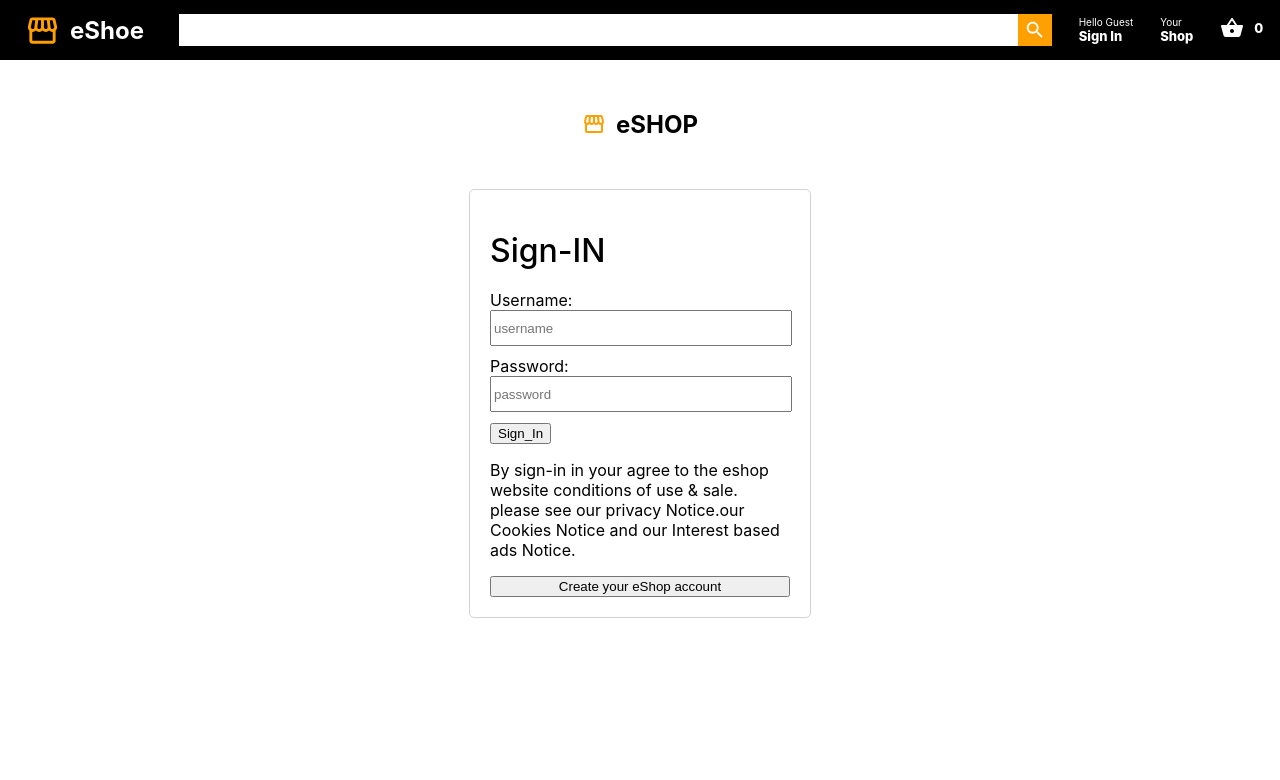
Repository: sandeepreddyvitta/react
Page: /login (app in eshop/)
An editor plug-in stored every save of this project. The page is shown before and after the next save, followed by the edit.
The browser window is 1280 px wide. The pictures show the whole page.
The project was rebuilt for these pictures with package versions that can differ from the ones it lists, and the page was loaded fresh each time. Also part of the build but not shown: eshop/src/components/products/product.scss, eshop/src/components/products/Product.js, eshop/src/components/home/home.scss, eshop/src/components/home/Home.js, eshop/src/components/checkOut/checkout.scss, eshop/src/components/checkOut/checkoutproduct.scss, eshop/src/components/checkOut/CheckOutProduct.js, eshop/src/components/checkOut/subtotal.scss and 2 more.

Above is the page before, as saved 2022-12-07 11:47:55.

After the next save:
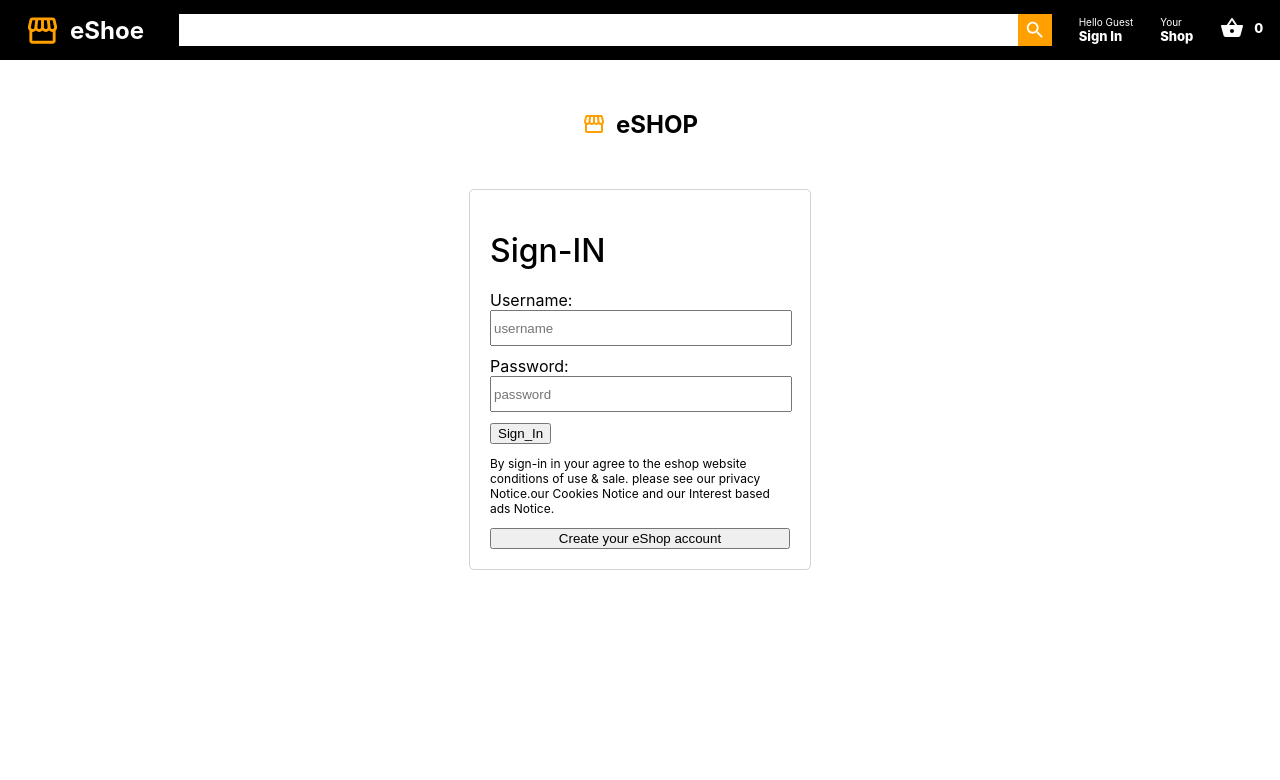
Saved 59 s later.
--- a/eshop/src/components/login/Login.js
+++ b/eshop/src/components/login/Login.js
@@ -23,7 +23,7 @@ const Login = () => {
                     <input type="password" value={password} name="password" onChange={e => setPassword(e.target.value)} placeholder="password" /><br />
                     <button type="submit" className='submitButton'>Sign_In</button>
                 </form>
-                <p>
+                <p style={{ marignTop: "15px", fontSize: "12px" }}>
                     By sign-in in your agree to the eshop website conditions of use & sale.
                     please see our privacy Notice.our Cookies Notice and our Interest based ads Notice.
                 </p>
